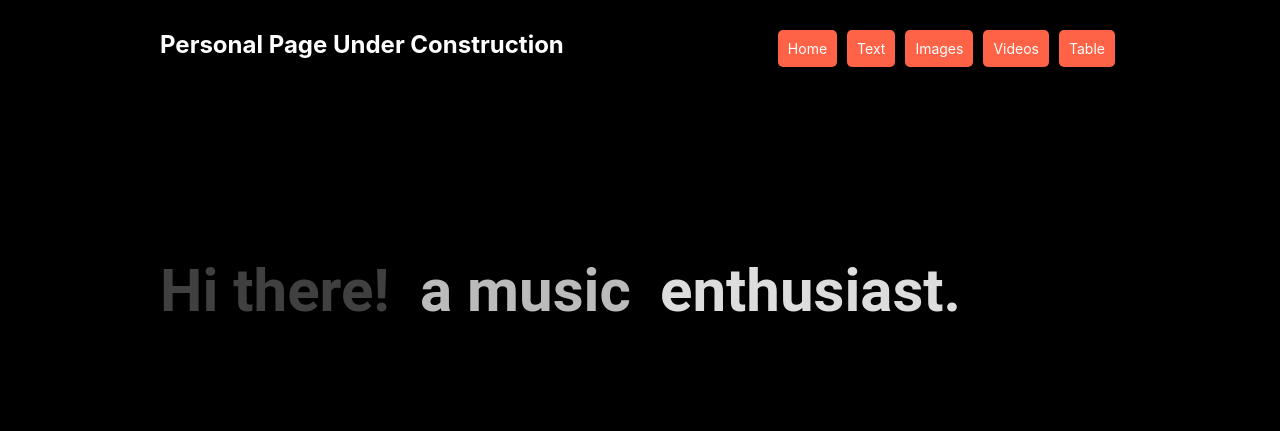
Repository: luhan68/personal_website
Page: index.html
An editor plug-in stored every save of this project. The page is shown before and after the next save, followed by the edit.
The browser window is 1280 px wide. The pictures show the whole page.

Above is the page before, as saved 2021-01-30 14:00:26.

After the next save:
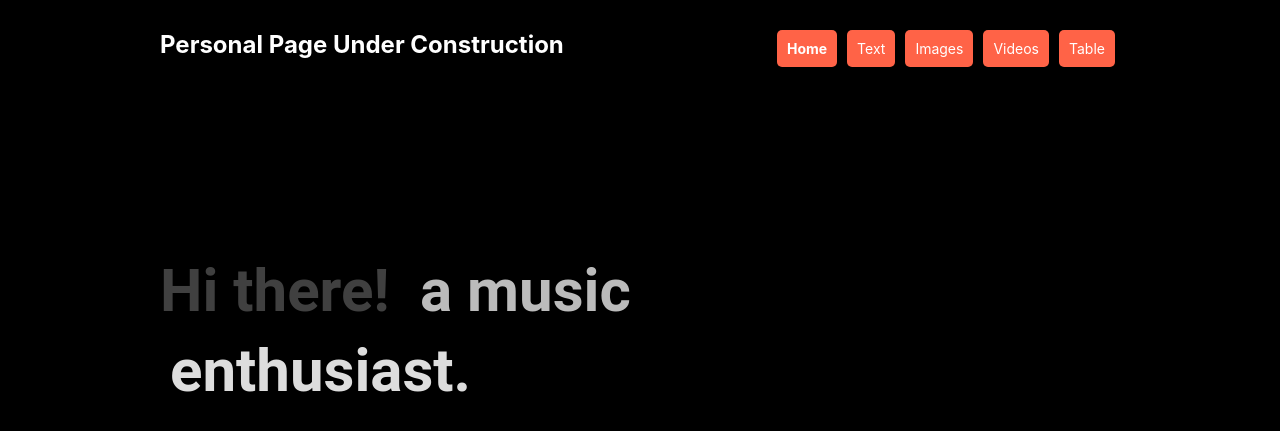
Saved 48 s later.
--- a/style.css
+++ b/style.css
@@ -12,13 +12,13 @@
 .container {
     width: 75vw;
     margin: 0 auto;
-    margin-top: 20px;
-
-}
-
-/* #index .nav .index, #table .nav .table {
+    margin-top: 10px;
+
+}
+
+#index .nav .index, #table .nav .table {
 	font-weight: bold;
-  } */
+  }
 
 .nav {
     width: 100%;
@@ -263,7 +263,7 @@
 	overflow: hidden;
 }
 #second ul {
-	width: 300px;
+	width: 600px;
 	list-style: none;
 	margin: 0;
 	padding: 0;

After the 2 saves that followed:
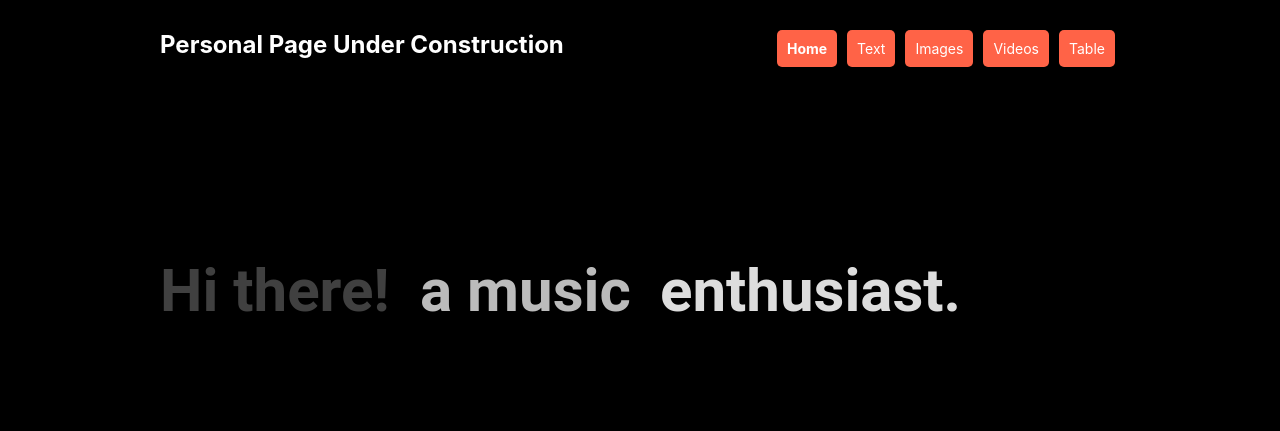
The 2 saves are shown as one change because 1 left the picture as it was.
The last was saved 11 s later.
--- a/style.css
+++ b/style.css
@@ -239,7 +239,7 @@
 	85% { transform: translateY(-320px); -webkit-transform: translateY(-320px); -moz-transform: translateY(-320px); }
 	86% { transform: translateY(-400px); -webkit-transform: translateY(-400px); -moz-transform: translateY(-400px); }
 	99% { transform: translateY(-400px); -webkit-transform: translateY(-400px); -moz-transform: translateY(-400px); }
-	100% { transform: translateY(-480px); -webkit-transfo	m: translateY(-480px); -moz-transform: translateY(-480px); }
+	100% { transform: translateY(-480px); -webkit-transform: translateY(-480px); -moz-transform: translateY(-480px); }
 }
 #first {
 	height: 80px;
@@ -263,7 +263,7 @@
 	overflow: hidden;
 }
 #second ul {
-	width: 600px;
+	width: 300px;
 	list-style: none;
 	margin: 0;
 	padding: 0;
